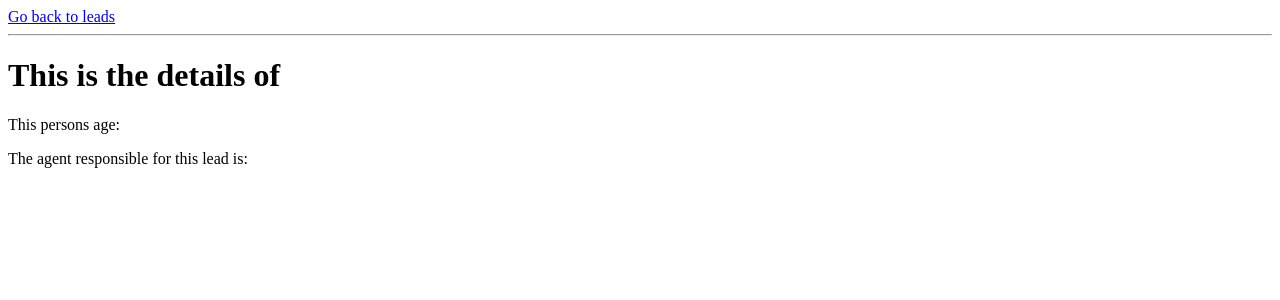
Repository: guidogr95/Django-CRM
Page: leads/templates/leads/lead_detail.html
An editor plug-in stored every save of this project. The page is shown before and after the next save, followed by the edit.
The browser window is 1280 px wide. The pictures show the whole page.
The page is served by the project's application, run on Django 3.2 (manage.py). Other server files are loaded and not shown. The template is opened directly, without the code that normally fills it, so the values that code supplies are empty.

Above is the page before, as saved 2021-06-27 14:50:19.

### leads/templates/leads/lead_detail.html
<!DOCTYPE html>
<html>
  <head>
    <meta charset="utf-8">
    <meta http-equiv="X-UA-Compatible" content="IE=edge">
    <title></title>
    <meta name="description" content="">
    <meta name="viewport" content="width=device-width, initial-scale=1">
    <link rel="stylesheet" href="">
    <style>
      .lead {
        padding-top: 10px;
        padding-bottom: 10px;
        padding-left: 6px;
        padding-right: 6px;
        margin-top: 10px;
        background-color: #f6f6f6;
        width: 100%;
      }
    </style>
  </head>
  <body>
    <a href="/leads">Go back to leads</a>
    <hr/>
    <h1>This is the details of {{ lead.first_name }}</h1>
    <p>This persons age: {{ lead.age }}</p>
    <p>The agent responsible for this lead is: {{ lead.agent.user.email }}</p>
  </body>
</html>

### djcrm/urls.py
from django.contrib import admin
from django.urls import path, include

urlpatterns = [
    path('admin/', admin.site.urls),
    # Add custom paths
    path('leads/', include('leads.urls', namespace="leads"))
]

### leads/urls.py
from django.urls import path
from .views import lead_list, lead_detail, lead_create, lead_update

app_name = "leads"

urlpatterns = [
    path('', lead_list),
    path('create/', lead_create),
    path('<int:pk>/update/', lead_update),
    path('<int:pk>/', lead_detail)
]

After the next save:
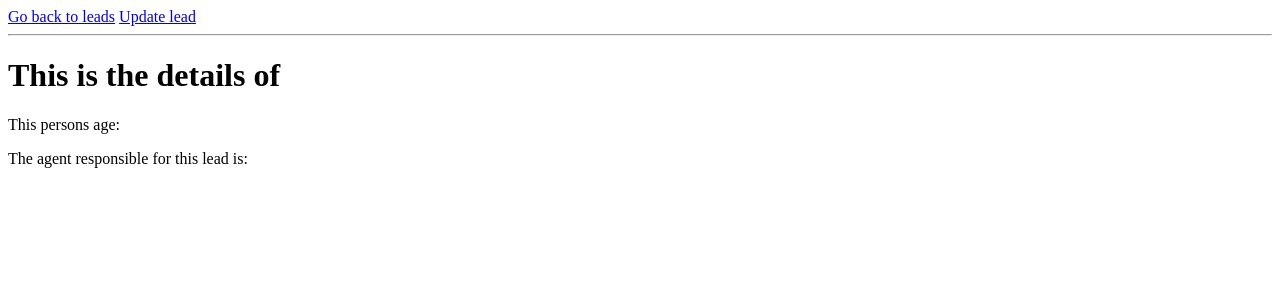
Saved 48 s later.
--- a/leads/templates/leads/lead_detail.html
+++ b/leads/templates/leads/lead_detail.html
@@ -21,6 +21,7 @@
   </head>
   <body>
     <a href="/leads">Go back to leads</a>
+    <a href="/leads/lead.pk/update">Update lead</a>
     <hr/>
     <h1>This is the details of {{ lead.first_name }}</h1>
     <p>This persons age: {{ lead.age }}</p>
